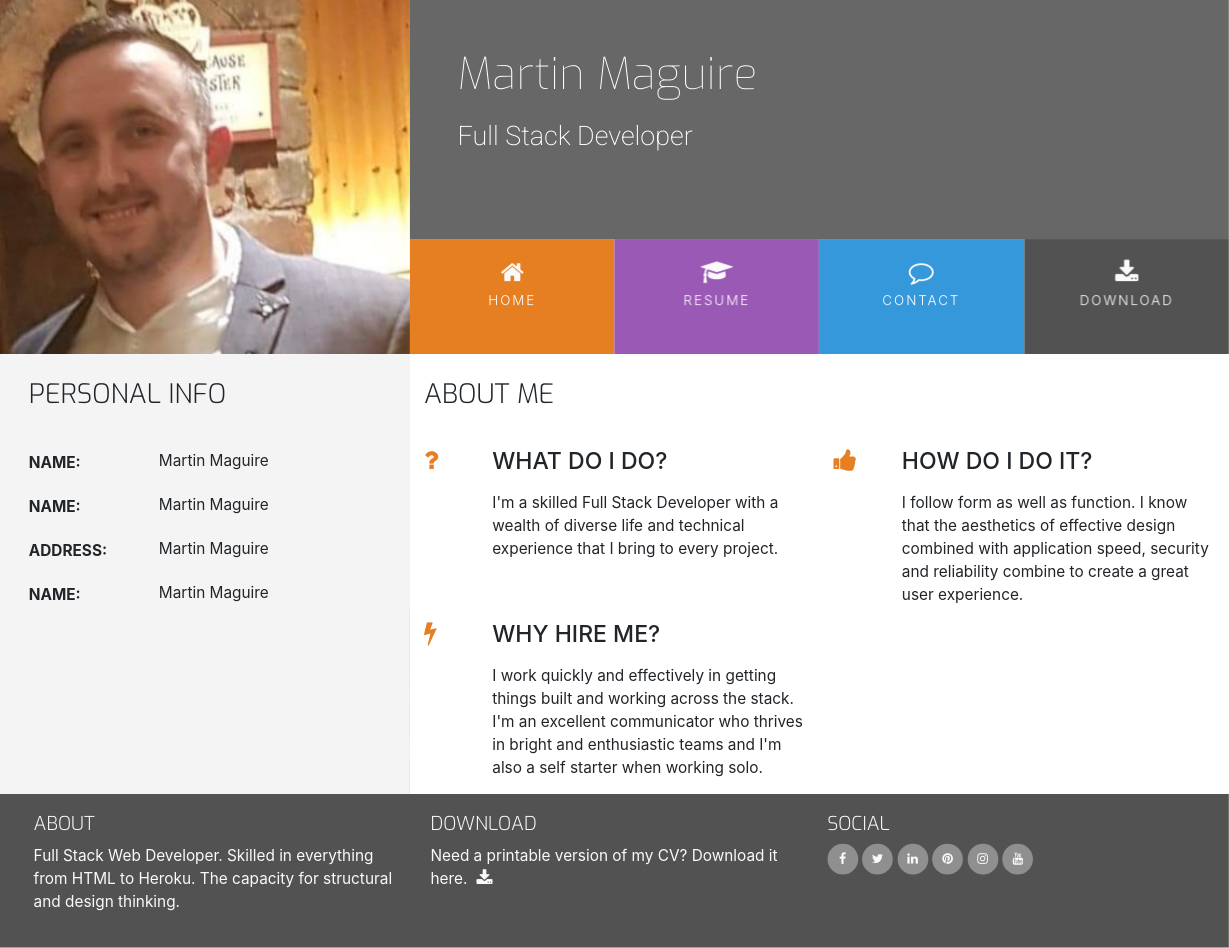
Repository: martinmaguire89/UCD-resume
Page: index.html
The author's editor kept a record of every edit. The page is drawn from the files as they stood at one moment, then again after the next edit.
The browser window is 1280 px wide. The pictures show the whole page, at 96% of full size.

Above is the page before.

After the next edit:
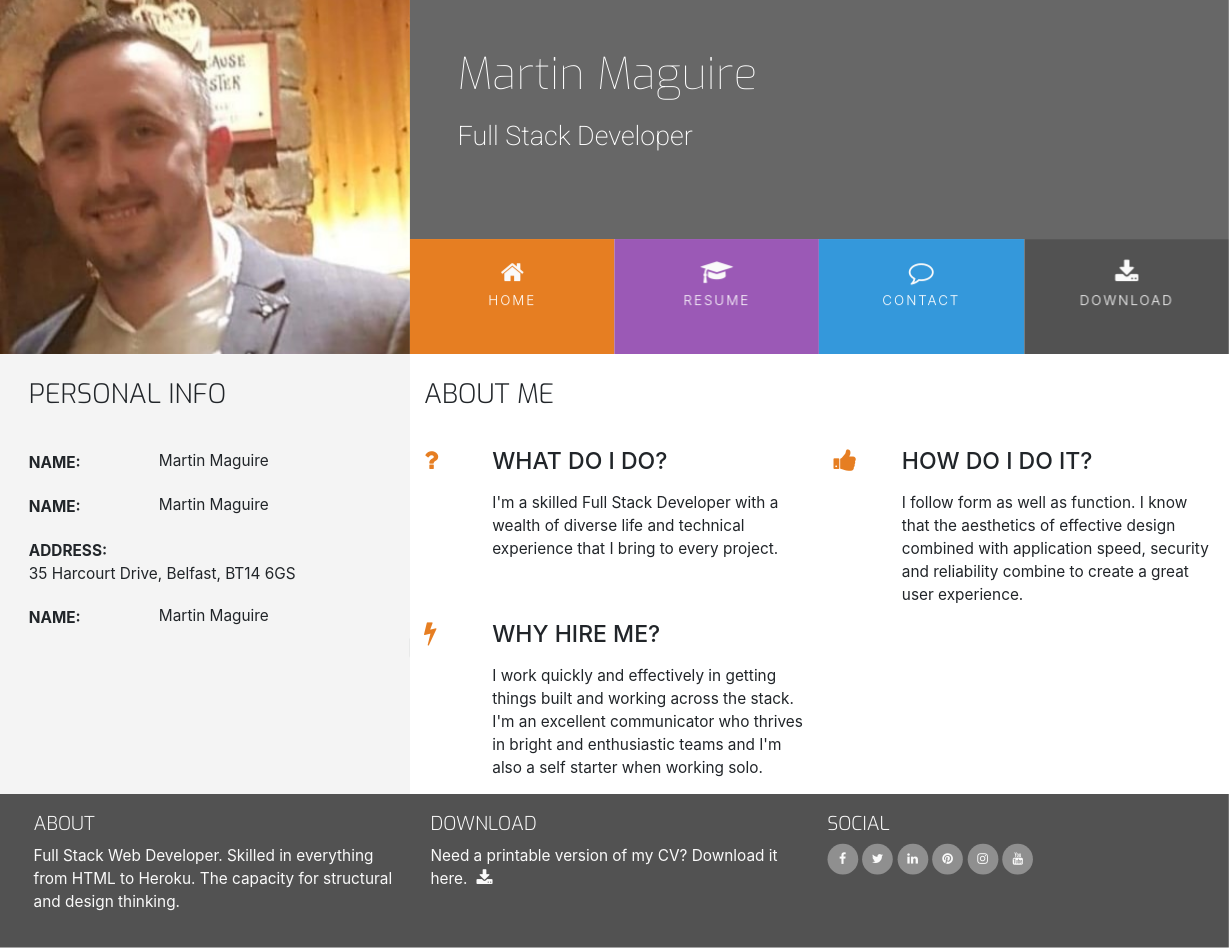
The edit:
--- a/index.html
+++ b/index.html
@@ -86,7 +86,7 @@
                         </p>
                     </div>
                     <div class="value">
-                        Martin Maguire
+                        35 Harcourt Drive, Belfast, BT14 6GS
                     </div>
                 </div>
                 <div class="personal-info-item">
